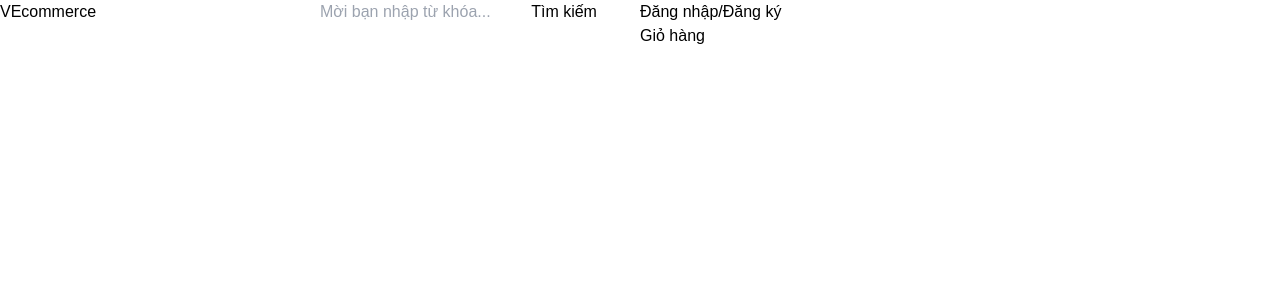
Repository: thienthanhvinh/VEcommerce
Page: public/home.html
These files come from the project's save history. The page is drawn as it stood at one moment and after the next save; the edit follows.
The browser window is 1280 px wide. The pictures show the whole page.

Above is the page before, as saved 2022-11-18 12:46:57.

After the next save:
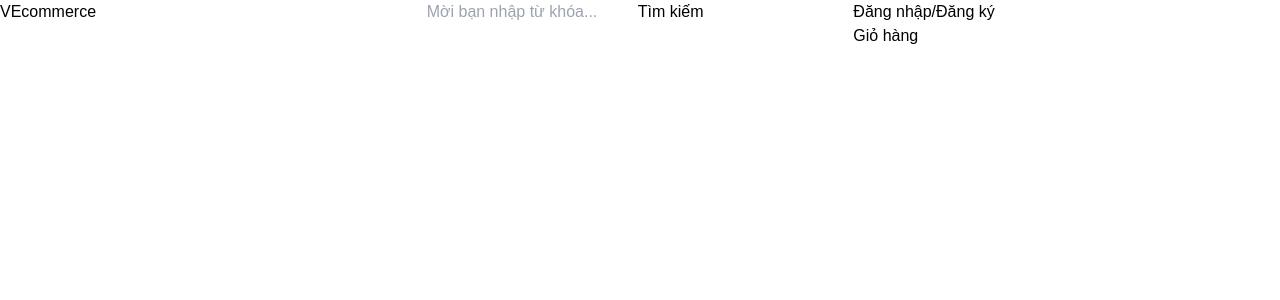
Saved 14 s later.
--- a/public/home.html
+++ b/public/home.html
@@ -14,7 +14,7 @@
     />
   </head>
   <body>
-    <div class="grid grid-cols-4">
+    <div class="grid grid-cols-3">
       <div>
         <h3>VEcommerce</h3>
       </div>
